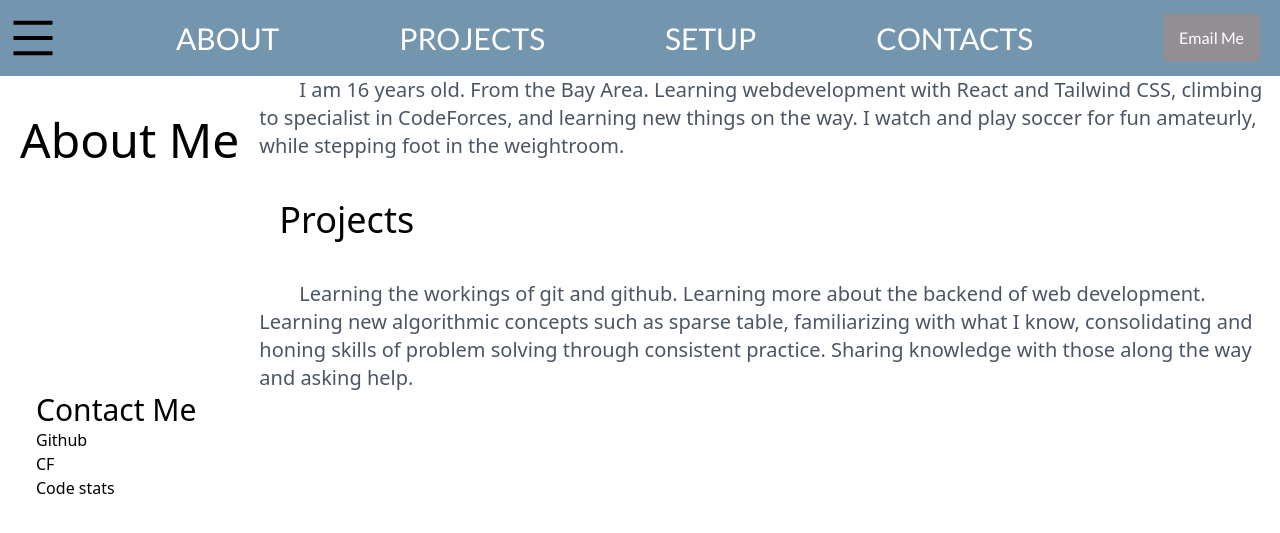
Repository: joshuayanggithub/joshua-yang-website
Page: /
These files come from the project's save history. The page is drawn as it stood at one moment and after the next save; the edit follows.
The browser window is 1280 px wide. The pictures show the whole page.
The project was rebuilt for these pictures with package versions that can differ from the ones it lists, and the page was loaded fresh each time.

Above is the page before, as saved 2023-01-07 17:50:52.

After the next save:
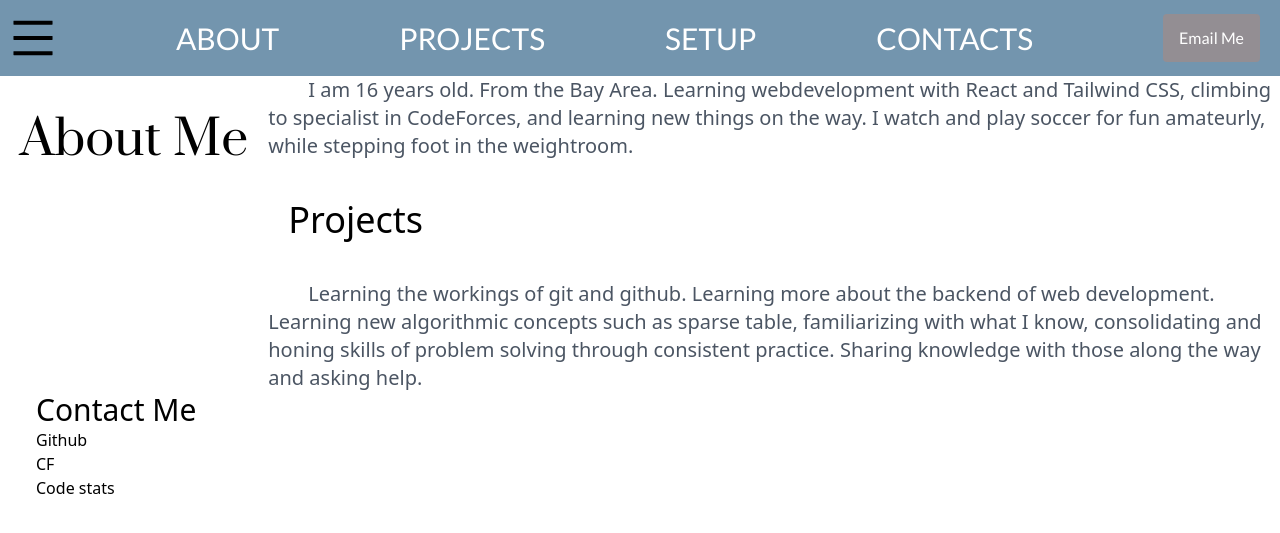
Saved 7 s later.
--- a/src/components/About.jsx
+++ b/src/components/About.jsx
@@ -3,7 +3,7 @@ import React from 'react'
 const About = () => {
   return (
     <div class="">
-      <h1 class="text-black text-5xl float-left px-5 my-10">About Me</h1>
+      <h1 class="text-black font-body text-5xl float-left px-5 my-10">About Me</h1>
       <p class="indent-10 text-gray-600 text-xl">I am 16 years old. From the Bay Area. Learning webdevelopment with React and Tailwind CSS, climbing to specialist in CodeForces, and learning new things on the way. I watch and play soccer for fun amateurly, while stepping foot in the weightroom. </p>
     </div>
   );
